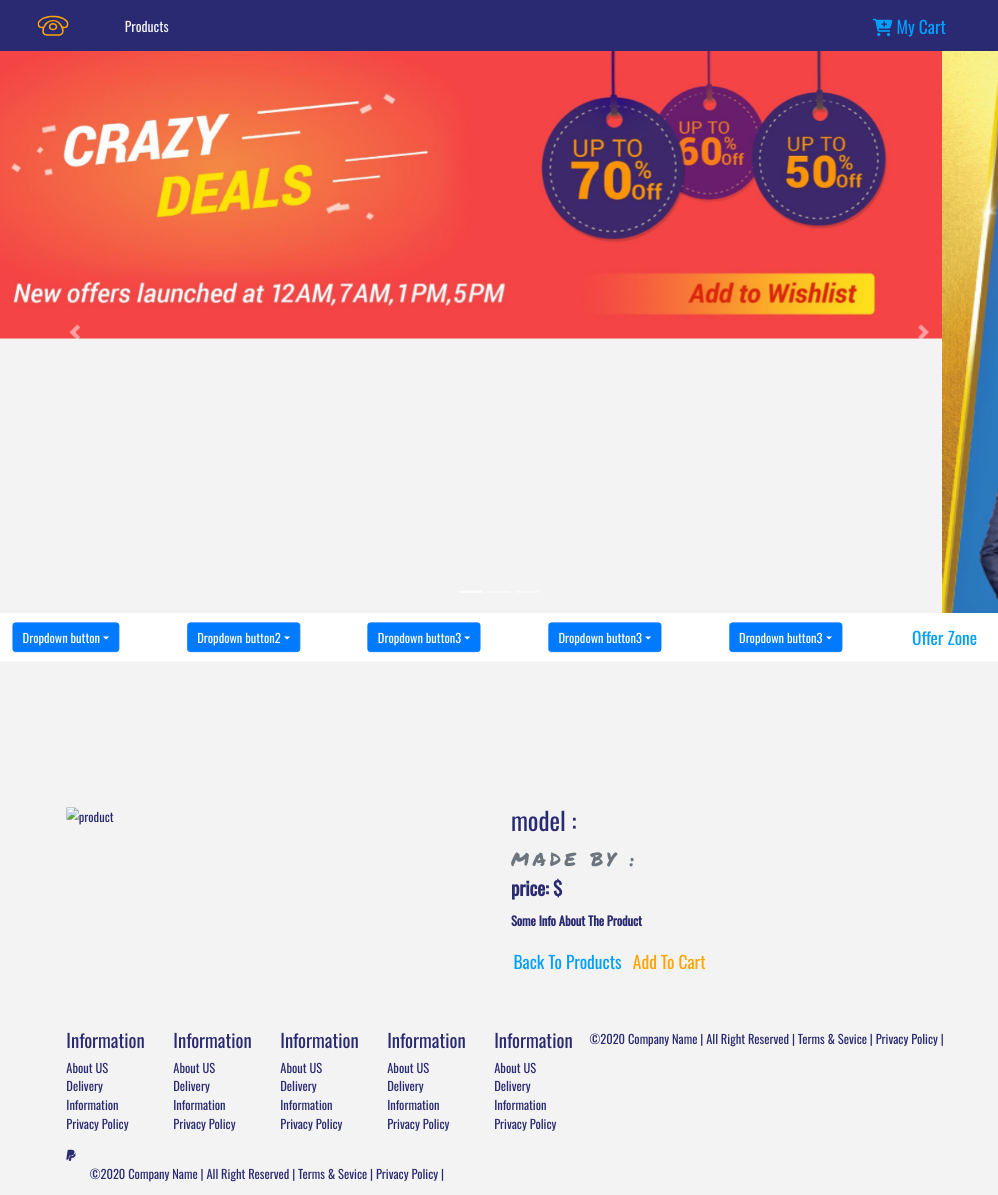
Repository: aditya1068/Online-Store
Page: /details
The author's editor kept a copy of each file at every save. The page is drawn from the files as they stood at one save, then again after the next save.
The browser window is 1280 px wide. The pictures show the whole page, at 78% of full size.
Some web libraries are served in a nearby version. The project was rebuilt for these pictures with package versions that can differ from the ones it lists, and the page was loaded fresh each time. Also part of the build but not shown: src/components/Products.js, src/components/Title.js, src/components/ProductsList.js, src/components/Cart.js, src/components/Default.js.

Above is the page before, as saved 2020-04-03 01:50:27.

After the next save:
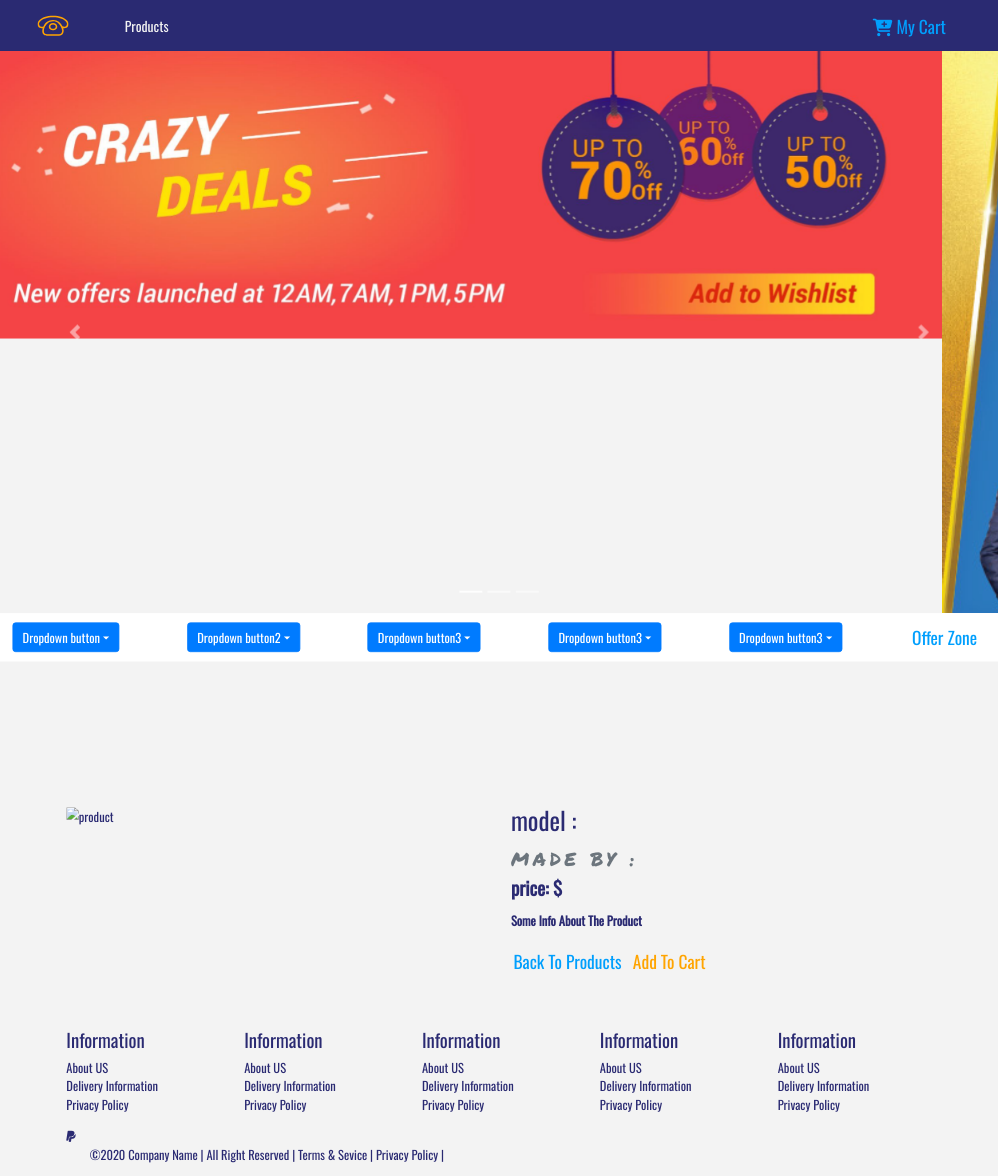
Saved 43 s later.
--- a/src/components/Footer.js
+++ b/src/components/Footer.js
@@ -53,11 +53,7 @@ export default class Footer extends Component {
                   </div>
 
 
-                  <div className="row">
-                      <p className="col-sm">
-                          &copy;{(new Date().getFullYear())} Company Name | All Right Reserved | Terms & Sevice | Privacy Policy |
-                      </p>
-                  </div>
+
                   </div>
               </div>
           </div>
